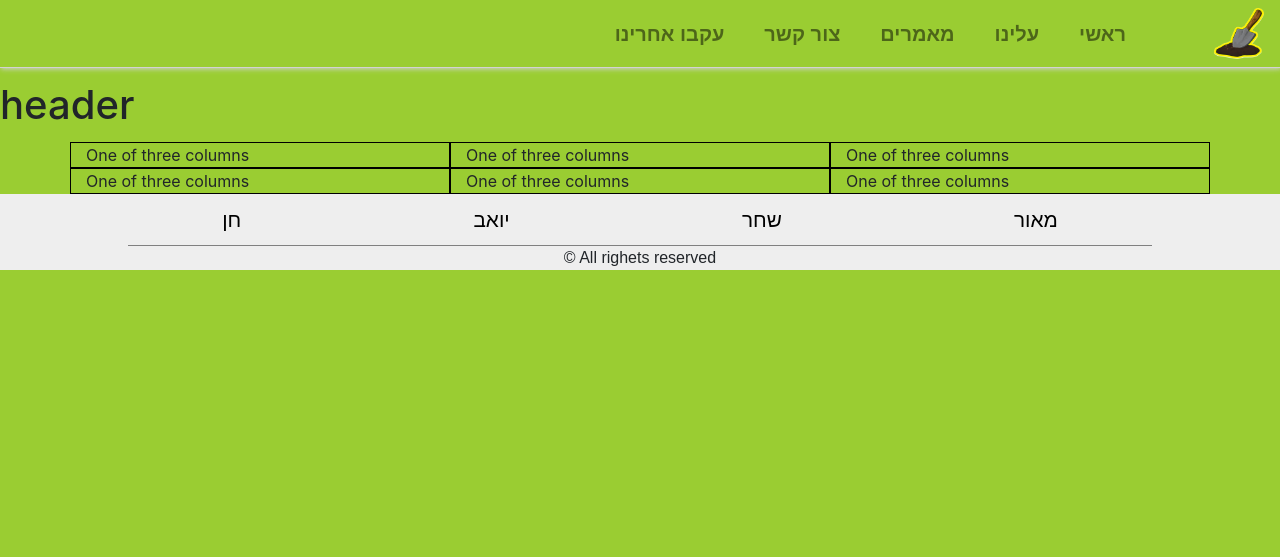
Repository: yoavBenZion/Blog-Zubi
Page: articlesPage.html
These files come from the project's save history. The page is drawn as it stood at one moment and after the next save; the edit follows.
The browser window is 1280 px wide. The pictures show the whole page.
Some web fonts or font styles are not loaded; a fallback is used. Some web libraries are served in a nearby version.

Above is the page before, as saved 2017-10-26 11:32:16.

### articlesPage.html
<!DOCTYPE html>
<html lang="he">

<head>
    <meta charset="UTF-8">
    <meta name="viewport" content="width=device-width, initial-scale=1,user-scalable=no;">
    <title>החופרים</title>
    <link rel="stylesheet" href="https://maxcdn.bootstrapcdn.com/bootstrap/4.0.0-beta/css/bootstrap.min.css" integrity="sha384-/Y6pD6FV/Vv2HJnA6t+vslU6fwYXjCFtcEpHbNJ0lyAFsXTsjBbfaDjzALeQsN6M"
        crossorigin="anonymous">
    <link rel="stylesheet" href="https://maxcdn.bootstrapcdn.com/bootstrap/4.0.0-beta.2/css/bootstrap.min.css" integrity="sha384-PsH8R72JQ3SOdhVi3uxftmaW6Vc51MKb0q5P2rRUpPvrszuE4W1povHYgTpBfshb"
        crossorigin="anonymous">

    <script src="https://code.jquery.com/jquery-3.2.1.slim.min.js" integrity="sha384-KJ3o2DKtIkvYIK3UENzmM7KCkRr/rE9/Qpg6aAZGJwFDMVNA/GpGFF93hXpG5KkN"
        crossorigin="anonymous"></script>
    <script src="https://cdnjs.cloudflare.com/ajax/libs/popper.js/1.12.3/umd/popper.min.js" integrity="sha384-vFJXuSJphROIrBnz7yo7oB41mKfc8JzQZiCq4NCceLEaO4IHwicKwpJf9c9IpFgh"
        crossorigin="anonymous"></script>
    <script src="https://maxcdn.bootstrapcdn.com/bootstrap/4.0.0-beta.2/js/bootstrap.min.js" integrity="sha384-alpBpkh1PFOepccYVYDB4do5UnbKysX5WZXm3XxPqe5iKTfUKjNkCk9SaVuEZflJ"
        crossorigin="anonymous"></script>
    <link rel="stylesheet" href="css/Gridrispon.css" type="text/css">
    <link rel="stylesheet" type="text/css" href="css/articlesPage.css">
    <link rel="stylesheet" href="css/header.css" type="text/css">
    <link rel="stylesheet" href="css/PopupRispon.css">
    <link rel="stylesheet" href="css/footer.css">


</head>

<body dir="rtl">
    <header>

        <nav class="navbar navbar-expand-sm navbar-light bg-faded">
            <button class="navbar-toggler" type="button" data-toggle="collapse" data-target="#nav-content" aria-controls="nav-content"
                aria-expanded="false" aria-label="Toggle navigation">
                <span class="navbar-toggler-icon"></span>
            </button>
            <div class="logo">
                <img src="./img/shovel-575661_1280.png">
            </div>
            <!-- Brand -->
            <a class="navbar-brand" href="#"> </a>

            <!-- Links -->
            <div class="collapse navbar-collapse" id="nav-content">
                <ul class="navbar-nav">
                    <li class="nav-item">
                        <a class="nav-link" href="#1">ראשי</a>
                    </li>
                    <li class="nav-item">
                        <a class="nav-link" href="#2">עלינו</a>
                    </li>
                    <li class="nav-item">
                        <a class="nav-link" href="#5">מאמרים</a>
                    </li>
                    <li class="nav-item">
                        <a class="nav-link" href="contact.html">צור קשר</a>
                    </li>
                    <li class="nav-item">
                        <a class="nav-link" href="subscribe.html">עקבו אחרינו</a>
                    </li>
                </ul>

            </div>

        </nav>

    </header>


    <h1>header</h1>
    <div class="container">
        <div class="row">
            <div class="col">
                One of three columns
            </div>
            <div class="col">
                One of three columns
            </div>
            <div class="col">
                One of three columns
            </div>
        </div>
        <div class="row">
            <div class="col">
                One of three columns
            </div>
            <div class="col">
                One of three columns
            </div>
            <div class="col">
                One of three columns
            </div>
        </div>
    </div>

    <footer id="footer">
        <ul>
            <li class="box">
                <a class="button" href="#popup3">
                    מאור
                </a>
            </li>
            <li class="box">
                <a class="button" href="#popup2">
                    שחר
                </a>
            </li>
            <li class="box">
                <a class="button" href="#popup1">
                    יואב
                </a>
            </li>
            <li>
                <a class="button" href="#popup4">
                    חן
                </a>
            </li>
        </ul>
        </div>
        <!--yoav popup-->
        <div id="popup1" class="overlay">
            <div class="popup">
                <h2>Yoav Benzion</h2>
                <a class="close" href="#footer">&times;</a>
                <div class="content">
                    <div class="footer-social-icons">
                        <img class="avatar" src="img/yoav.jfif">
                        <p>front end web developer</p>
                        <h4 class="_14">Follow me on:</h4>
                        <ul class="social-icons">
                            <li>
                                <a href="https://www.facebook.com/yoav.benzion.5" target="_blank" class="social-icon">
                                    <i class="fa fa-facebook"></i>
                                </a>
                            </li>
                            <li>
                                <a href="https://twitter.com/Yoav_BenZion" target="_blank" class="social-icon">
                                    <i class="fa fa-twitter"></i>
                                </a>
                            </li>
                            <li>
                                <a href="https://github.com/yoavBenZion" target="_blank" class="social-icon">
                                    <i class="fa fa-github"></i>
                                </a>
                            </li>
                            <li>
                                <a href="https://codepen.io/yoavBZ/" target="_blank" class="social-icon">
                                    <i class="fa fa-codepen"></i>
                                </a>
                            </li>
                            <li>
                                <a href="https://www.linkedin.com/in/yoav-benzion-45818360/" target="_blank" class="social-icon">
                                    <i class="fa fa-linkedin"></i>
                                </a>
                            </li>
                            <li>
                                <a href="https://stackoverflow.com/users/8386160/yoav-b" target="_blank" class="social-icon">
                                    <i class="fa fa-stack-overflow"></i>
                                </a>
                            </li>
                        </ul>
                    </div>
                </div>
            </div>
        </div>
        <!--Shachar popup-->
        <div id="popup2" class="overlay">
            <div class="popup">
                <h2>Shachar</h2>
                <a class="close" href="#footer">&times;</a>
                <div class="content">
                    <div class="footer-social-icons">
                        <img class="avatar" src="img/kid.jpg">
                        <p>front end web developer</p>
                        <h4 class="_14">Follow me on:</h4>
                        <ul class="social-icons">
                            <li>
                                <a href="" class="social-icon">
                                    <i class="fa fa-facebook"></i>
                                </a>
                            </li>
                            <li>
                                <a href="" class="social-icon">
                                    <i class="fa fa-twitter"></i>
                                </a>
                            </li>
                            <li>
                                <a href="" class="social-icon">
                                    <i class="fa fa-github"></i>
                                </a>
                            </li>
                            <li>
                                <a href="" class="social-icon">
                                    <i class="fa fa-codepen"></i>
                                </a>
                            </li>
                            <li>
                                <a href="" class="social-icon">
                                    <i class="fa fa-linkedin"></i>
                                </a>
                            </li>
                            <li>
                                <a href="" class="social-icon">
                                    <i class="fa fa-stack-overflow"></i>
                                </a>
                            </li>
                        </ul>
                    </div>
                </div>
            </div>
        </div>

        <!--Maor popup-->

        <div id="popup3" class="overlay">
            <div class="popup">
                <h2>Maor</h2>
                <a class="close" href="#footer">&times;</a>
                <div class="content">
                    <div class="footer-social-icons">
                        <img class="avatar" src="img/mona.jpg">
                        <p>front end web developer</p>
                        <h4 class="_14">Follow me on:</h4>
                        <ul class="social-icons">
                            <li>
                                <a href="" class="social-icon">
                                    <i class="fa fa-facebook"></i>
                                </a>
                            </li>
                            <li>
                                <a href="" class="social-icon">
                                    <i class="fa fa-twitter"></i>
                                </a>
                            </li>
                            <li>
                                <a href="" class="social-icon">
                                    <i class="fa fa-github"></i>
                                </a>
                            </li>
                            <li>
                                <a href="" class="social-icon">
                                    <i class="fa fa-codepen"></i>
                                </a>
                            </li>
                            <li>
                                <a href="" class="social-icon">
                                    <i class="fa fa-linkedin"></i>
                                </a>
                            </li>
                            <li>
                                <a href="" class="social-icon">
                                    <i class="fa fa-stack-overflow"></i>
                                </a>
                            </li>
                        </ul>
                    </div>
                </div>
            </div>
        </div>

        <!--Chen popup-->
        <div id="popup4" class="overlay">
            <div class="popup">
                <h2>Chen Ginsberg</h2>
                <a class="close" href="#footer">&times;</a>
                <div class="content">
                    <!--          <div class="footer-social-icons">-->
                    <img class="avatar" src="img/MINER.jpg">
                    <p>front end web developer</p>
                    <h4 class="_14">Follow me on:</h4>
                    <ul class="social-icons">
                        <li>
                            <a href="https://www.facebook.com/chenogi" class="social-icon">
                                <i class="fa fa-facebook"></i>
                            </a>
                        </li>
                        <li>
                            <a href="https://github.com/ChenGinsberg?" class="social-icon">
                                <i class="fa fa-github"></i>
                            </a>
                        </li>
                        <li>
                            <a href="https://www.linkedin.com/in/chen-ginsberg-8829a713b/" class="social-icon">
                                <i class="fa fa-linkedin"></i>
                            </a>
                        </li>
                        <li>
                            <a href="https://stackoverflow.com/users/8377318/chen-ginsberg" class="social-icon">
                                <i class="fa fa-stack-overflow"></i>
                            </a>
                        </li>
                    </ul>
                </div>
            </div>
        </div>



        <div class="footer-bottem" dir="ltr">&copy; All righets reserved </div>
    </footer>
    <script src="https://code.jquery.com/jquery-3.2.1.slim.min.js" integrity="sha384-KJ3o2DKtIkvYIK3UENzmM7KCkRr/rE9/Qpg6aAZGJwFDMVNA/GpGFF93hXpG5KkN"
        crossorigin="anonymous"></script>
    <script src="https://cdnjs.cloudflare.com/ajax/libs/popper.js/1.11.0/umd/popper.min.js" integrity="sha384-b/U6ypiBEHpOf/4+1nzFpr53nxSS+GLCkfwBdFNTxtclqqenISfwAzpKaMNFNmj4"
        crossorigin="anonymous"></script>
    <script src="https://maxcdn.bootstrapcdn.com/bootstrap/4.0.0-beta/js/bootstrap.min.js" integrity="sha384-h0AbiXch4ZDo7tp9hKZ4TsHbi047NrKGLO3SEJAg45jXxnGIfYzk4Si90RDIqNm1"
        crossorigin="anonymous"></script>
</body>

</html>

### css/articlesPage.css
/* Grid */

body {
    background-color: yellowgreen;
}

.col {
    height: 35%;
    width: 15%;
    border: 1px solid black;
}

### css/footer.css
@import url(http://fonts.googleapis.com/earlyaccess/alefhebrew.css);
footer {
  background-color: #eee;
  text-align: center;
  font-family: "Alef Hebrew", sans-serif;
  font-size: 1.3rem;
}

footer ul {
  display: flex;
  flex-direction: row;
  padding-right: 0;
  justify-content: space-evenly;
}

footer ul>li {
  list-style: none;
  padding: 10px;
  /*  background-color: #29C3FF;*/
}

footer ul>li:nth-child(odd) {
  color: #93A2A8;
}

footer ul>li:nth-child(even) {
  color: #E2DDE7;
}

footer ul>li:hover {
  background-color: #fff;
  /*  flex: 1;*/
  /*  font-size: 1.5rem;*/
  color: #E2DD11;
  /*  background-repeat: no-repeat;*/
}


/*
footer ul {
  display: grid;
  grid-template-columns: repeat(4, 1fr);
  grid-auto-rows:minmax(50px, auto);
  margin-right: -40px;
 grid-gap: 0.5em;
}
*/

.about,
.footer-bottem {
  text-align: center;
  width: 80%;
  margin: 0 auto;
}

.about {
  border-bottom: 1px dotted black;
}

.footer-bottem {
  border-top: 0.5px solid grey;
  font-size: 1rem;
}

Loaded but not shown: css/PopupRispon.css (986 lines, source omitted); css/Gridrispon.css (977 lines, source omitted); css/header.css (no stored copy; drawn as an empty file)

After the next save:
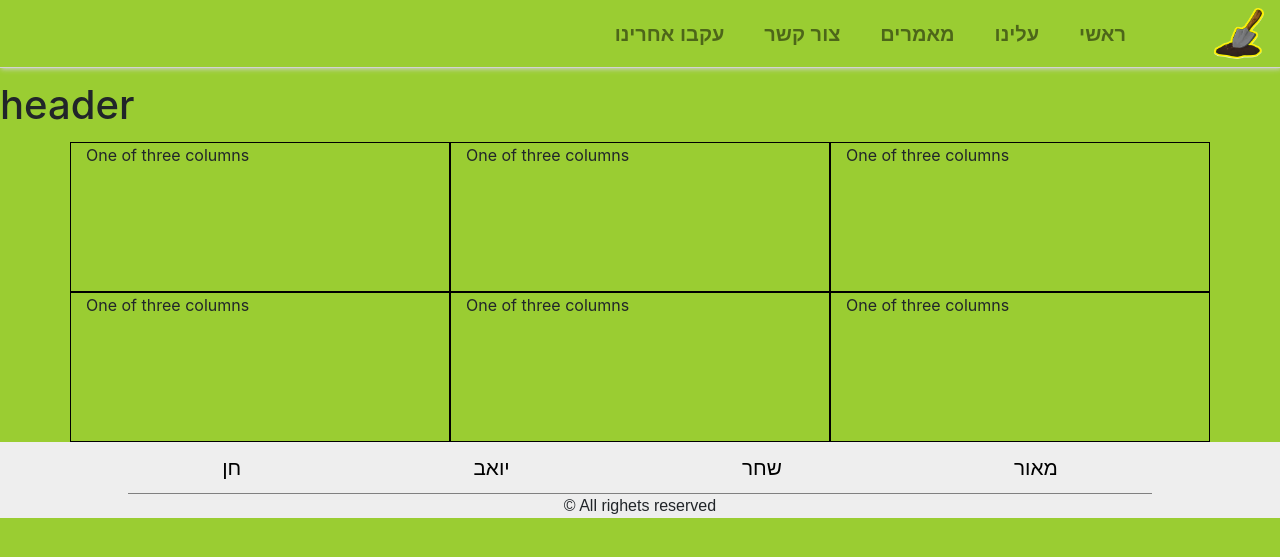
Saved 10 s later.
--- a/css/articlesPage.css
+++ b/css/articlesPage.css
@@ -5,7 +5,7 @@ body {
 }
 
 .col {
-    height: 35%;
+    height: 150px;
     width: 15%;
     border: 1px solid black;
 }
